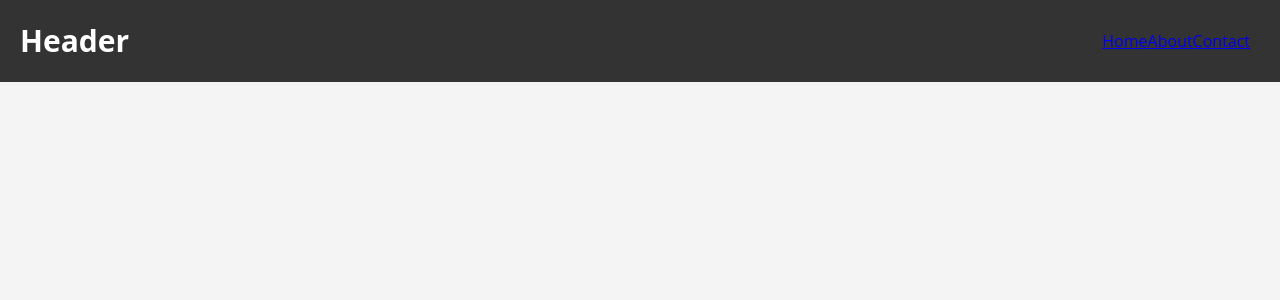
Repository: kennyowusu/landing-page
Page: index.html
An editor plug-in stored every save of this project. The page is shown before and after the next save, followed by the edit.
The browser window is 1280 px wide. The pictures show the whole page.

Above is the page before, as saved 2023-02-24 09:47:01.

### index.html
<!DOCTYPE html>
<html lang="en">
<head>
 <meta charset="UTF-8">
 <meta http-equiv="X-UA-Compatible" content="IE=edge">
 <meta name="viewport" content="width=device-width, initial-scale=1.0">
 <title>Landing Page</title>
 <link rel="stylesheet" href="style.css" />
</head>
<body>

 <header class="header">
  <h1 class="brand">Header</h1>
  <nav class="navigation">
   <ul class="list-items">
    <li><a href="index.html">Home</a></li>
    <li><a href="about.html">About</a></li>
    <li><a href="contact.html">Contact</a></li>
   </ul>
  </nav>
 </header>
</body>
</html>

### style.css
* {
 margin: 0;
 padding: 0;
 box-sizing: border-box;
}

body {
 font-family: 'Open Sans', sans-serif;
 background-color: #f4f4f4;
}

.header {
 background: #333;
 color: #fff;
 padding: 20px;
 display: flex;
}

.brand {
 font-size: 30px;
 font-weight: bold;
}

.navigation {
 margin-left: auto;
}

.navigation ul {
 list-style: none;
 display: flex;
 justify-content: space-between;
}

.list-items {
 padding: 10px;
}

After the next save:
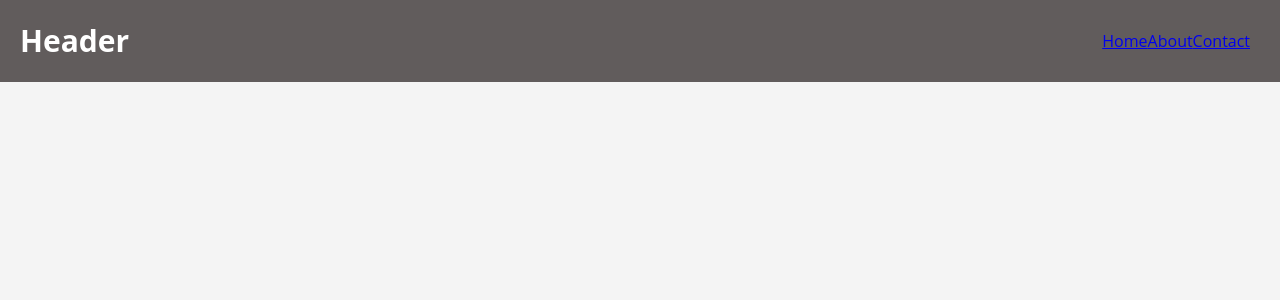
Saved 2 min 7 s later.
--- a/style.css
+++ b/style.css
@@ -10,7 +10,7 @@
 }
 
 .header {
- background: #333;
+ background: #615c5c;
  color: #fff;
  padding: 20px;
  display: flex;
